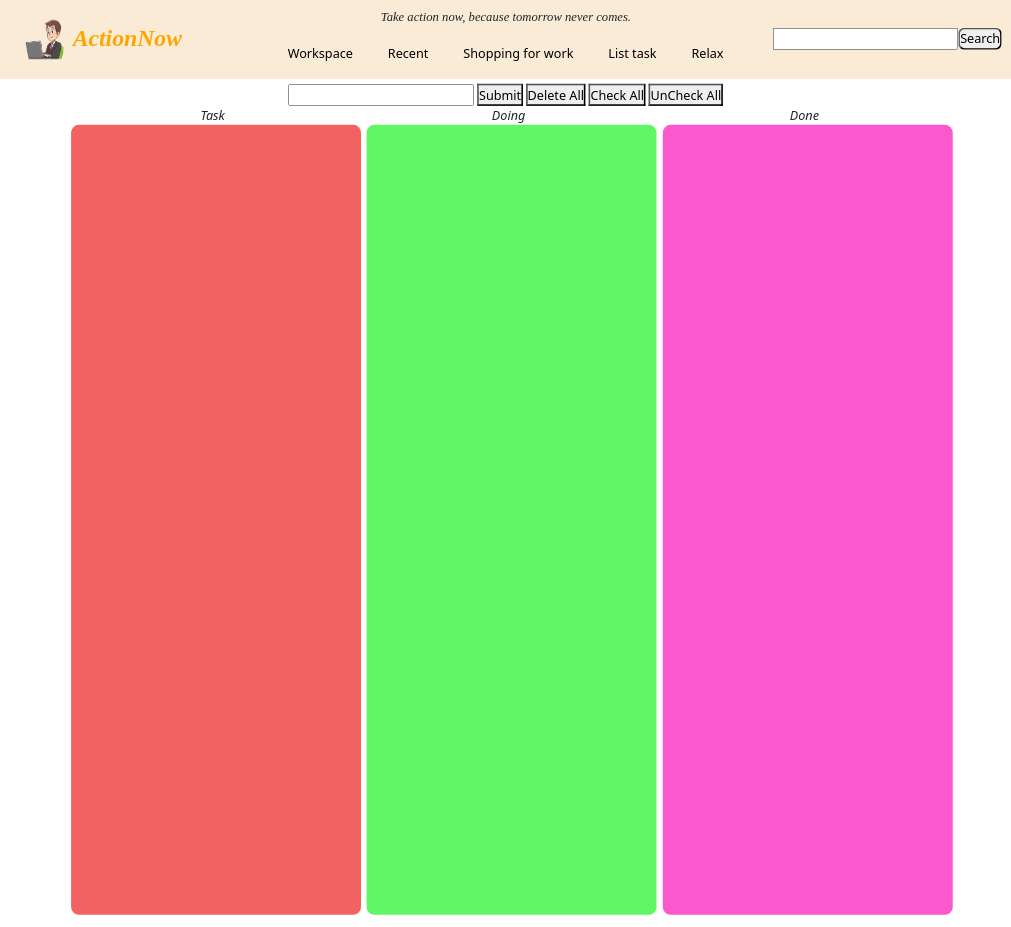
Repository: huavantinh/todo
Page: index.html
An editor plug-in stored every save of this project. The page is shown before and after the next save, followed by the edit.
The browser window is 1280 px wide. The pictures show the whole page, at 79% of full size.

Above is the page before, as saved 2023-04-07 10:00:21.

After the next save:
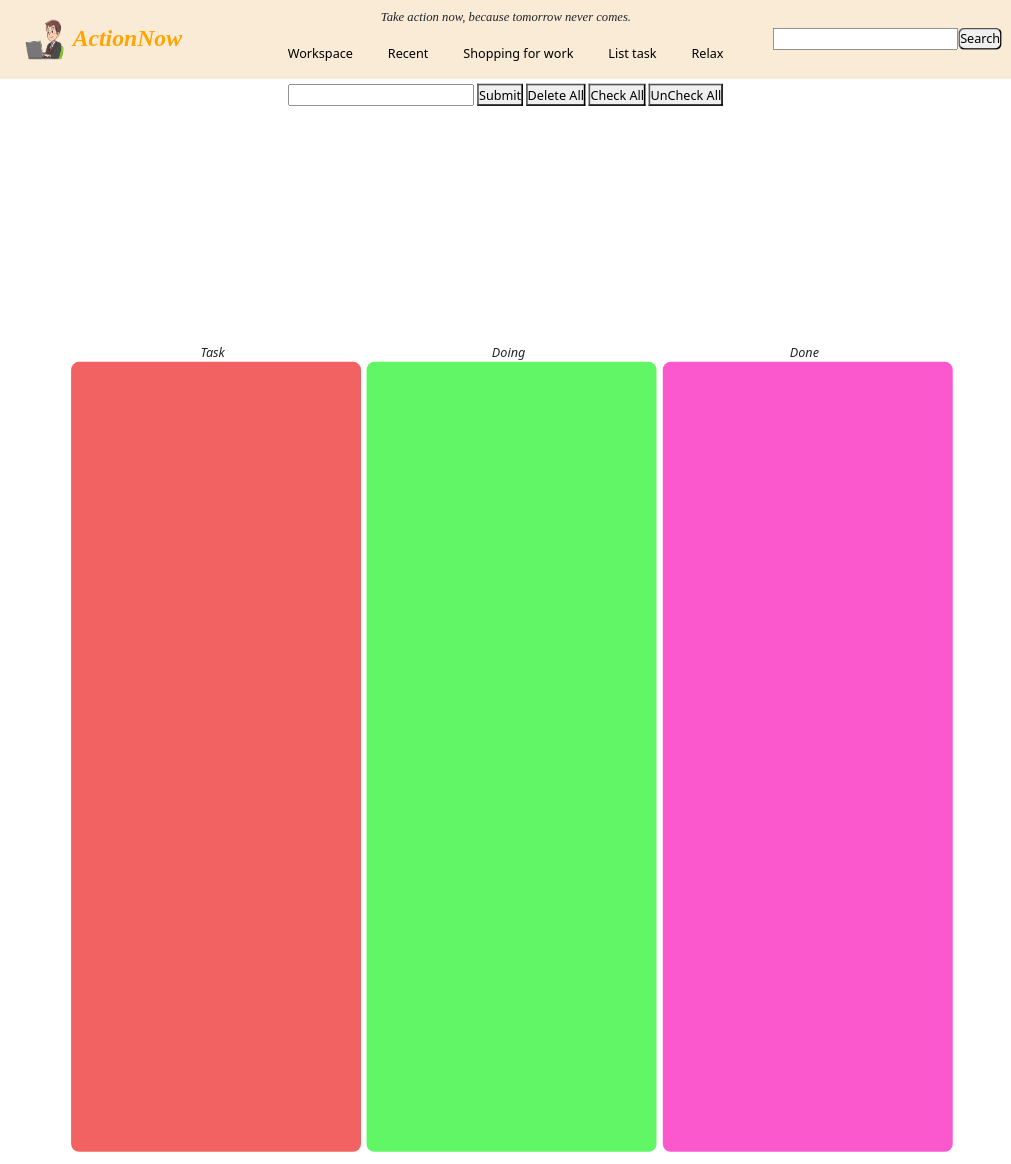
Saved 104 s later.
--- a/css/style.css
+++ b/css/style.css
@@ -123,7 +123,7 @@ body{
 
 .table .col-list {
     width: 100% / 3;
-
+    margin-top: 300px;
 }
 
 .table .col-item {
